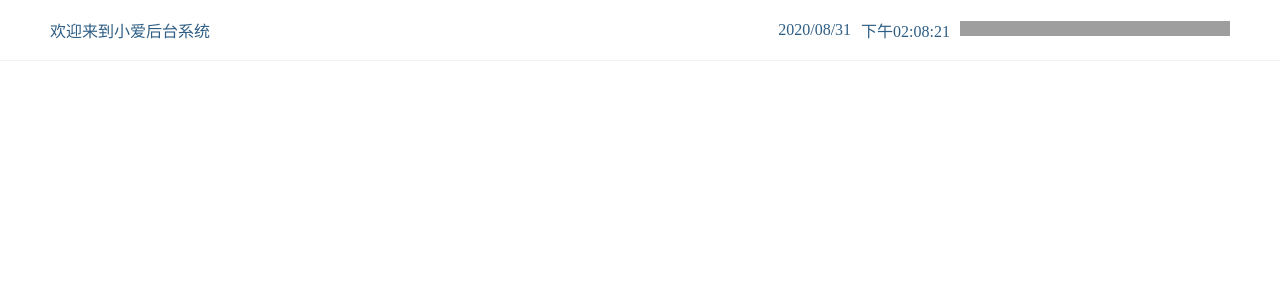
Repository: ZHANG-0714/backstage
Page: /home
These files come from the project's save history. The page is drawn as it stood at one moment and after the next save; the edit follows.
The browser window is 1280 px wide. The pictures show the whole page.
Pictures or frames that could not be fetched are drawn as grey boxes. The project was rebuilt for these pictures with package versions that can differ from the ones it lists, and the page was loaded fresh each time. Also part of the build but not shown: vue.config.js, src/views/Home.vue.

Above is the page before, as saved 2020-08-31 16:55:46.

### public/index.html
<!DOCTYPE html>
<html lang="en">

<head>
  <meta charset="utf-8">
  <meta http-equiv="X-UA-Compatible" content="IE=edge">
  <meta name="viewport" content="width=device-width,initial-scale=1.0">
  <link rel="icon" href="<%= BASE_URL %>favicon.ico">
  <title><%= htmlWebpackPlugin.options.title %></title>
</head>

<body>
  <noscript>
    <strong>We're sorry but <%= htmlWebpackPlugin.options.title %> doesn't work properly without JavaScript enabled.
      Please enable it to continue.</strong>
  </noscript>
  <div id="app"></div>
  <!-- built files will be auto injected -->

  <!--[if lte IE 9]>
    <div style='position:absolute; top: 50%; left:50%; margin-top: -50px;margin-left: -400px; align-items: center;justify-content: center;'>
      <div style='width: 800px; height: 100px;text-align: center'>
        <h1>
        您的浏览器版本过低 请下载最新的谷歌浏览器
      </h1>
      <div style='text-align: center;width: 800px'>
        <a href='http://rj.baidu.com/soft/detail/14744.html?ald'>下载谷歌浏览器点此链接</a>
      </div>
      </div>
    </div>
  <![endif]-->
</body>

</html>

### src/App.vue
<template>
  <div id="app">
    <router-view />
  </div>
</template>

<style lang="scss">
@import "../style/Css";
@import '../style/Situation'
</style>

### src/router/index.js
import Vue from 'vue'
import VueRouter from 'vue-router'
import Home from '../views/Home.vue'
import Public from '../views/Public.vue'

Vue.use(VueRouter)

const routes = [
  {
    path: '/home',
    redirect: '/'
  },
  {
    path: '/',
    component: Public,
    children: [
      {
        path: '',
        name: 'Home',
        component: Home,  //首页
        meta: {
          title: "首页"
        }
      },
    ]
  }
]

const router = new VueRouter({
  mode: 'history',
  base: process.env.BASE_URL,
  routes
})

export default router

### src/store/index.js
import Vue from 'vue'
import Vuex from 'vuex'
import user from './user/user'

Vue.use(Vuex)

export default new Vuex.Store({
  state: {
  },
  mutations: {
  },
  actions: {
  },
  modules: {
    user
  }
})

### style/Css.css
* {
	margin: 0;
	padding: 0;
}

.flex {
	display: flex;
}

.justify-content {
	justify-content: center;
}

.align-items {
	align-items: center;
}

.space-around {
	justify-content: space-around;
}

.space-between {
	justify-content: space-between;
}

.flex-direction {
	flex-direction: column;
}

.flex-end {
	align-items: flex-end;
}

.text-overflow {
	overflow: hidden;
	text-overflow: ellipsis;
	display: -webkit-box;
	-webkit-line-clamp: 1;
	-webkit-box-orient: vertical;
}

.opacity {
	opacity: 0.9;
}

.filter {
	filter: blur(30px);
	z-index: -1;
}

.flex-wrap {
	flex-wrap: wrap;
}

.position {
	position: fixed;
}

### style/Situation.scss
.el-card--header--img--doos {
    .el-card__header {
        border-bottom: 1px solid #535353;
    }
    .el-form-item__label{
        padding: 0;
    }
}

### src/views/Public.vue
<template>
  <!-- 公共 -->
  <div>
    <headTop></headTop>
  </div>
</template>

<script>
import headTop from "../components/public/headTop";
export default {
  name: "",
  props: {},
  components: {
    headTop,
  },
  data() {
    return {};
  },
  methods: {},
  mounted() {},
  watch: {},
  computed: {},
};
</script>

<style scoped lang='scss'>
</style>

### src/store/user/user.js
import api from '../../http/api'
import router from '../../router'
import { Message } from 'element-ui'

export default {
    // 开启命名空间 这个文件就是单独的一个vuex的模块
    namespaced: true,
    state: {
        menus: []
    },
    mutations: {
        seMenus(state, data) {
            state.menus = data
        }
    },
    actions: {
        //所有的请求都写在actions里面
        // actions 里面的方法可以传两个参数，第一个参数是整个store(vuex对象) 第二个参数是请求的参数
        async getMenus({ commit }) {
            let res = await api.getMenus()
            if (res.meta.status === 200) {
                // 提交mutation
                commit('setMenus', res.data)
            }
        },
        //登录
        async login({ commit }, { username, password }) {
            let res = await api.login({
                username,
                password
            })
            console.log(commit);
            console.log(res);
            if (res.meta.status === 200) {
                // 存储信息
                localStorage.setItem('adminToken', res.data.toke)
                localStorage.setItem('adminUser', JSON.stringify(res.data))
                // 跳转路由
                router.push('/')
                // 提示用户
                Message.success('登录成功')
            }
        }
    },
}

### src/components/public/headTop.vue
<template>
  <!-- 头部组件 -->
  <div class="top flex align-items space-between">
    <div class="name">欢迎来到小爱后台系统</div>
    <!-- 时间 -->
    <div class="flex align-items">
      <div class="time">{{time}}</div>
      <div class="time">{{hi}}{{date}}</div>
      <!-- 天气 -->
      <div>
        <iframe
          scrolling="no"
          src="https://tianqiapi.com/api.php?style=tm&skin=pitaya"
          frameborder="0"
          width="270"
          height="15"
          allowtransparency="true"
        ></iframe>
      </div>
    </div>
  </div>
</template>

<script>
import dayjs from "dayjs";
export default {
  name: "",
  props: {},
  components: {},
  data() {
    return {
      time: "", //获取当前登录时间
      date: "",
      hi: {},
    };
  },
  methods: {},
  mounted() {
    //  获取当前登录时间
    this.time = dayjs().format("YYYY/MM/DD");
    console.log(this.time);

    let _this = this; // 声明一个变量指向Vue实例this，保证作用域一致
    this.timer = setInterval(() => {
      _this.date = dayjs().format("hh:mm:ss"); // 修改数据date
    }, 1000);

    //   判断时间段
    let hi = dayjs().format("HH");
    if (hi > 6 && hi <= 13) {
      this.hi = "早上";
    } else if (hi > 11 && hi <= 13) {
      this.hi = "中午";
    } else if (hi > 13 && hi <= 18) {
      this.hi = "下午";
    } else if (hi > 18 && hi <= 23) {
      this.hi = "晚上";
    } else {
      this.hi = "该睡觉了";
    }
  },
  watch: {},
  computed: {},
};
</script>

<style scoped lang='scss'>
.top {
  height: 60px;
  padding: 0 50px;
  border-bottom: 1px solid #f0f2f5;
  color: #2e5e85;
}
.time {
  margin-right: 10px;
}
.iframes {
  width: 50px;
}
iframe {
  width: 270px;
  font-size: 30px;
}
</style>

### src/http/api.js
import service from './index'

export default {
    login({ username, password }) {
        return service.post('/login', {
            username,
            password
        })
    }
}

### src/http/index.js
import axios from 'axios'
import nprogress from 'nprogress'
import { Message } from 'element-ui'

//运行环境：本地环境:devlpment 和线上（生产）环境：production
const ispro = process.env.NODE_ENV === 'production'

//创建一个axios的实例
const service = axios.create({
    //基础路径:需要根据当前的运行环境来判断
    baseURL: ispro ? '线上接口路径' : '/api',
    //超时时间
    timeout: 100000
})

// 请求拦截：每一次发请求都会做的事
service.interceptors.request.use((config) => {
    nprogress.start()
    //前后端鉴权
    //jwt：JSON WEB TOKEN
    //登录成功后 后端会返回一个令牌
    let token = localStorage.getItem('abminToken')
    if (token) {
        config.headers['Authorization'] = token
    }
    return config
}, err => {
    nprogress.done()
    return Promise.reject(err)
})

//响应拦截：每一次接口返回数据的时候都会做的事
service.interceptors.response.use((res) => {
    nprogress.done()
    return res.data
}, err => {
    if (err.response && err.response.status) {
        // 错误请求的状态码
        let status = err.response.status
        if (status === 400) {
            Message.error('参数错误')
        }
        if (status === 401) {
            Message.error('登录过期，请重新登录')
        }
        if (status === 403) {
            Message.error('没有权限')
        }
        if (status === 404) {
            Message.error('接口路径错误')
        }
        if (status === 500) {
            Message.error('服务器出错')
        }
        if (status === 503) {
            Message.error('服务器在维护')
        }
    }
    return Promise.reject(err)
}
)

export default service

Loaded but not shown: src/main.js (common file)

After the next save:
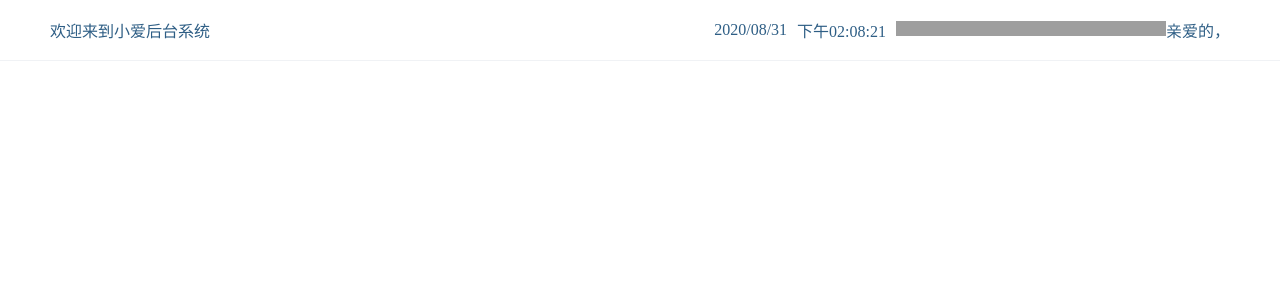
Saved 38 min 28 s later.
--- a/src/components/public/headTop.vue
+++ b/src/components/public/headTop.vue
@@ -17,6 +17,8 @@
           allowtransparency="true"
         ></iframe>
       </div>
+      <!-- 用户 -->
+      <div>亲爱的，</div>
     </div>
   </div>
 </template>
